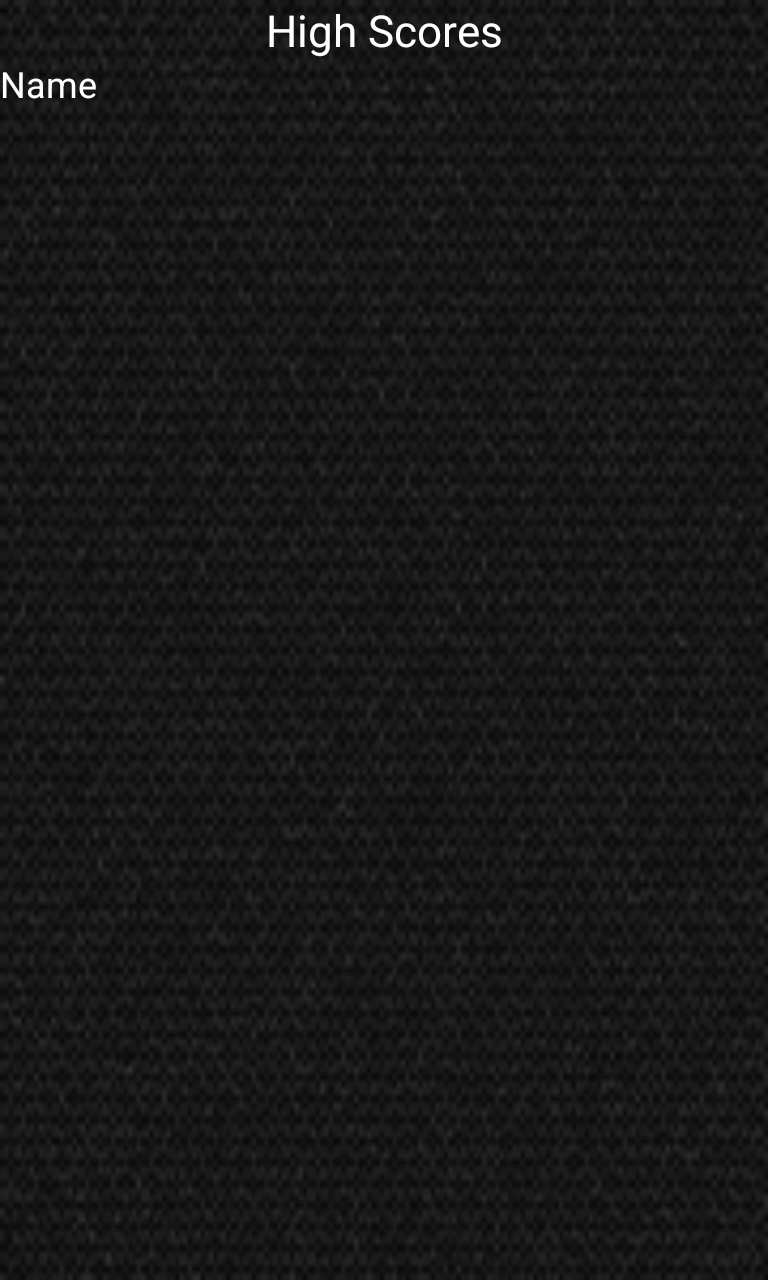
Repository: Tacohen/Killbots
Layout: Killbots/res/layout/high_scores.xml
These files come from the project's save history. The layout is drawn as it stood at one moment and after the next save; the edit follows.
It is drawn on a 768 x 1280 px phone screen (xhdpi) without system bars, with theme AppTheme; the app's code is not run.

Above is the layout before, as saved 2013-12-08 01:35:54.

After the next save:
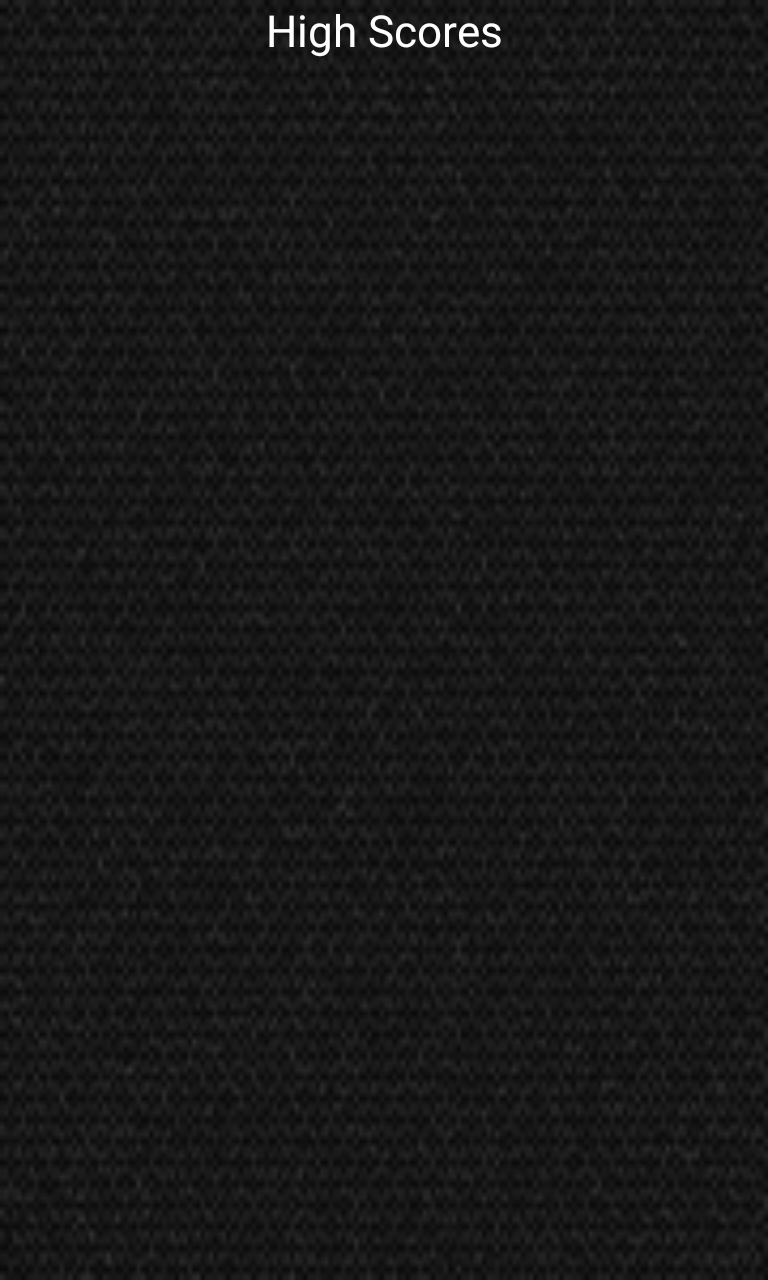
Saved 12 s later.
--- a/Killbots/res/layout/high_scores.xml
+++ b/Killbots/res/layout/high_scores.xml
@@ -20,7 +20,6 @@
 
         <TextView
         android:id="@+id/nameText"
-        android:layout_width="match_parent"
         android:layout_height="wrap_content"
         android:text="Name"
         android:textAppearance="?android:attr/textAppearanceMedium"
@@ -28,7 +27,6 @@
 
         <TextView
         android:id="@+id/scoreText"
-        android:layout_width="match_parent"
         android:layout_height="wrap_content"
         android:text="Score"
         android:textAppearance="?android:attr/textAppearanceMedium"
